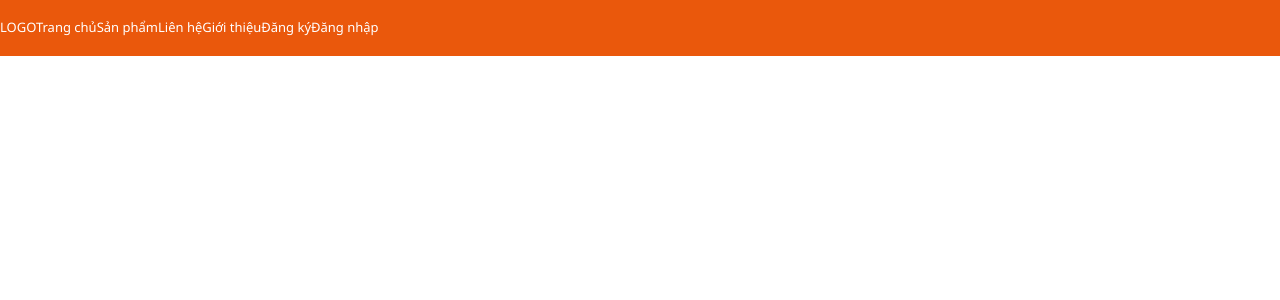
Repository: TinhTT336/MD02_Session15
Page: / (app in client/)
The author's editor kept a copy of each file at every save. The page is drawn from the files as they stood at one save, then again after the next save.
The browser window is 1280 px wide. The pictures show the whole page.
The project was rebuilt for these pictures with package versions that can differ from the ones it lists, and the page was loaded fresh each time. Also part of the build but not shown: client/vite.config.js.

Above is the page before, as saved 2023-09-15 09:11:41.

After the next save:
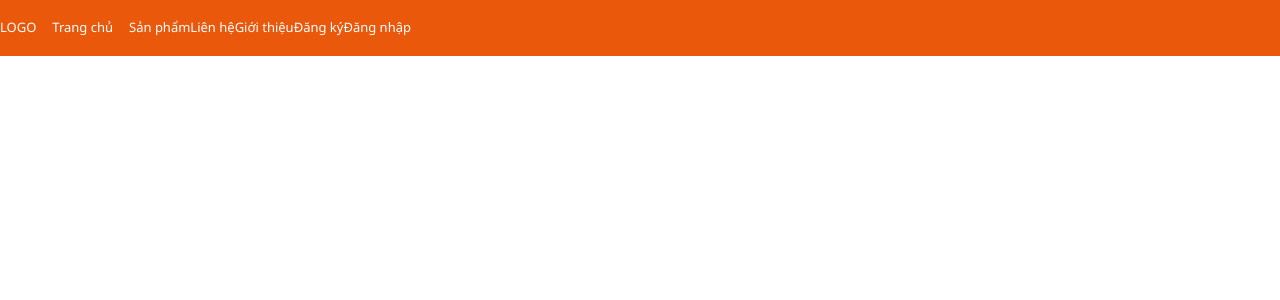
Saved 64 s later.
--- a/client/components/user/header/Header.jsx
+++ b/client/components/user/header/Header.jsx
@@ -5,7 +5,7 @@ export default function Header() {
     return (
         <>
             <div className='w-full bg-orange-600 h-14 text-white flex items-center justify-center'>
-                <div>
+                <div className='flex gap-4'>
                     <NavLink>LOGO</NavLink>
                     <NavLink>Trang chủ</NavLink>
                     <NavLink>Sản phẩm</NavLink>
